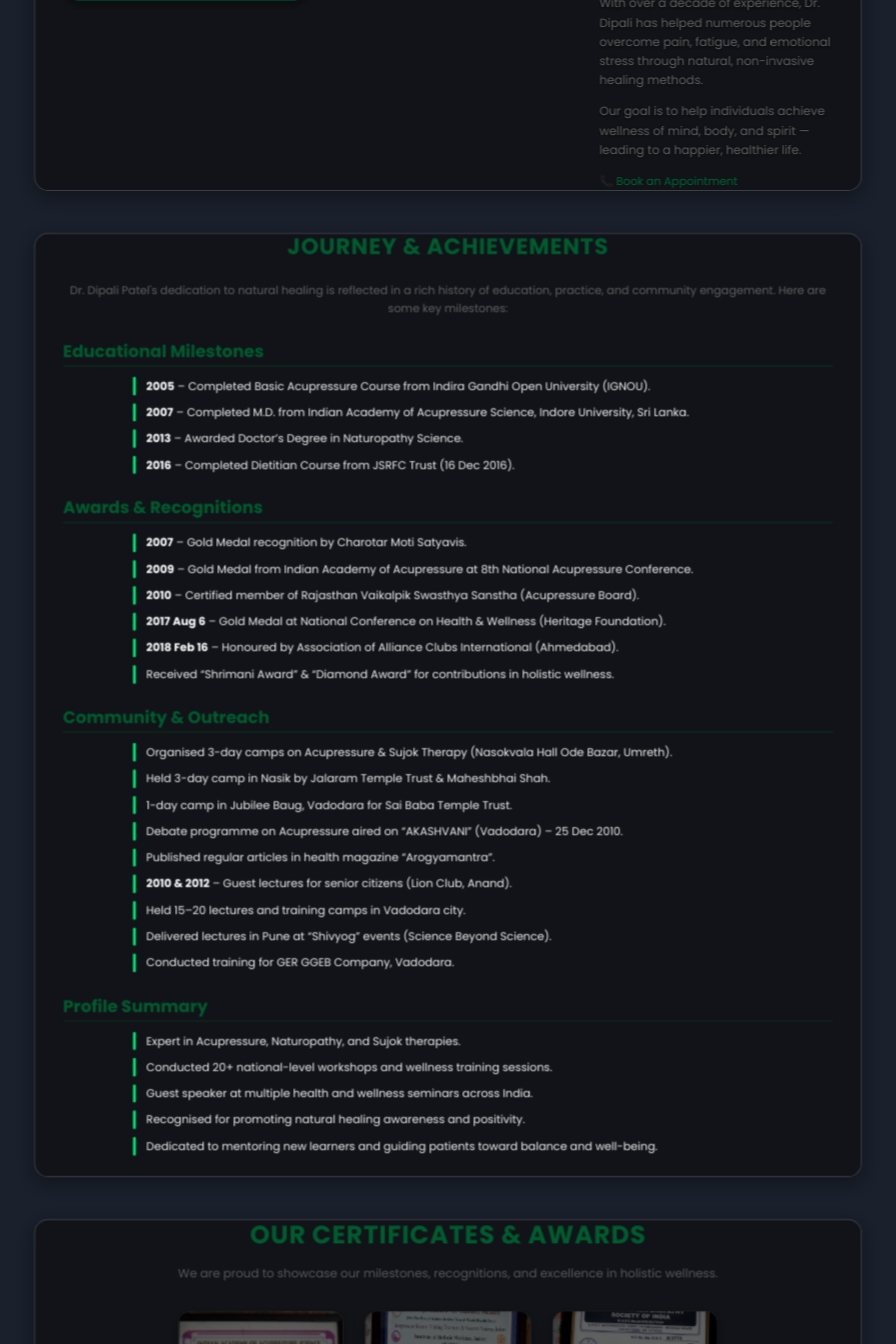
Repository: swasthiik/my-websites
Page: about.html
An editor plug-in stored every save of this project. The page is shown before and after the next save, followed by the edit.
The browser window is 1280 px wide. The pictures show the part of the page from y = 581 to 2501 px (the page is 4656 px tall before and 4695 px after), at 70% of full size.

Above is the page before, as saved 2025-10-31 11:48:28.

### about.html
<!DOCTYPE html>
<html lang="en">
<head>
  <meta charset="utf-8" />
  <meta name="viewport" content="width=device-width,initial-scale=1" />
  <meta name="description" content="Learn about Harpal Acupressure, Dr. Dipali Premalkumar Patel's journey, achievements, and dedication to holistic healing." />
  <title>About Us — Harpal Acupressure</title>

  <!-- Google Font -->
  <link href="https://fonts.googleapis.com/css2?family=Poppins:wght@300;400;600;700&display=swap" rel="stylesheet">

  <!-- Favicon -->
  <link rel="icon" href="images/logo.jpg">

  <!-- Font Awesome for Icons (for contact page, good to have globally if used) -->
  <link rel="stylesheet" href="https://cdnjs.cloudflare.com/ajax/libs/font-awesome/6.0.0-beta3/css/all.min.css">


  <!-- CSS - Always load global styles first, then page-specific overrides -->
  <link rel="stylesheet" href="style.css">
  <link rel="stylesheet" href="about.css">
  <!-- If you had a contact.css specific to contact page, it would load here -->
</head>

<body>
  <!-- HEADER - Consistent with other pages -->
  <header>
    <div class="logo-area">
      <a href="index.html" aria-label="Harpal Acupressure Home">
        <img src="images/logo.jpg" alt="Harpal Acupressure Logo" class="logo">
        <h1 class="site-title">Harpal Acupressure</h1>
      </a>
    </div>

    <!-- Mobile Menu Button - Added for consistency across pages -->
    <button class="mobile-menu-button" id="menu-button" aria-label="Open navigation menu" aria-expanded="false">
        <div class="dot"></div>
        <div class="dot"></div>
        <div class="dot"></div>
    </button>

    <nav class="nav-menu" id="nav-menu" aria-label="Main navigation">
      <ul>
        <li><a href="index.html">Home</a></li>
        <li><a href="about.html" class="active">About</a></li> <!-- Set 'About' as active -->
        <li><a href="index.html#services">Services</a></li>
        <li><a href="feedback.html">Feedback</a></li>
        <li><a href="contact.html">Contact</a></li>
      </ul>
    </nav>
  </header>

  <!-- ===== MAIN CONTENT AREA ===== -->
  <main>
    <!-- ===== ABOUT SECTION ===== -->
    <section id="about" class="about-section content-glass-bg" aria-labelledby="about-title">
      <div class="inner">
        <h2 id="about-title"><strong>About Harpal Acupressure</strong></h2>

        <div class="about-content">
          <div class="about-images-container">
            <div class="about-img">
              <img src="images/photo1.png" alt="Portrait of Dr. Dipali Premalkumar Patel">
            </div>
            <div class="about-img">
              <img src="images/photo2.png" alt="Dr. Dipali Patel with certificate showcasing 25 Years of Excellence">
            </div>
          </div>

          <div class="about-text">
            <p>
              <strong>Harpal Acupressure</strong> is a trusted wellness center dedicated to natural healing through acupressure and holistic therapies.
              We believe that true healing begins from within when energy balance and harmony are restored.
            </p>

            <p>
              Led by <strong>Dr. Dipali Premalkumar Patel</strong>, a certified <em>Marma, Magnetic & Sujok Therapist</em>,
              our center blends traditional healing with modern wellness techniques.
            </p>

            <p>
              With over a decade of experience, Dr. Dipali has helped numerous people overcome pain, fatigue, and emotional stress
              through natural, non-invasive healing methods.
            </p>

            <p>
              Our goal is to help individuals achieve wellness of mind, body, and spirit — leading to a happier, healthier life.
            </p>

            <a href="contact.html" class="btn-primary">📞 Book an Appointment</a>
          </div>
        </div>
      </div>
    </section>

    <!-- ===== JOURNEY & ACHIEVEMENTS ===== -->
    <section id="journey" class="journey-section content-glass-bg" aria-labelledby="journey-achievements-title">
      <div class="inner">
        <h2 id="journey-achievements-title">Journey & Achievements</h2>
        <div class="content-box">
          <p>Dr. Dipali Patel's dedication to natural healing is reflected in a rich history of education, practice, and community engagement. Here are some key milestones:</p>

          <h3>Educational Milestones</h3>
          <ul>
            <li><strong>2005</strong> – Completed Basic Acupressure Course from Indira Gandhi Open University (IGNOU).</li>
            <li><strong>2007</strong> – Completed M.D. from Indian Academy of Acupressure Science, Indore University, Sri Lanka.</li>
            <li><strong>2013</strong> – Awarded Doctor’s Degree in Naturopathy Science.</li>
            <li><strong>2016</strong> – Completed Dietitian Course from JSRFC Trust (16 Dec 2016).</li>
          </ul>

          <h3>Awards & Recognitions</h3>
          <ul>
            <li><strong>2007</strong> – Gold Medal recognition by Charotar Moti Satyavis.</li>
            <li><strong>2009</strong> – Gold Medal from Indian Academy of Acupressure at 8th National Acupressure Conference.</li>
            <li><strong>2010</strong> – Certified member of Rajasthan Vaikalpik Swasthya Sanstha (Acupressure Board).</li>
            <li><strong>2017 Aug 6</strong> – Gold Medal at National Conference on Health & Wellness (Heritage Foundation).</li>
            <li><strong>2018 Feb 16</strong> – Honoured by Association of Alliance Clubs International (Ahmedabad).</li>
            <li>Received “Shrimani Award” & “Diamond Award” for contributions in holistic wellness.</li>
          </ul>

          <h3>Community & Outreach</h3>
          <ul>
            <li>Organised 3-day camps on Acupressure & Sujok Therapy (Nasokvala Hall Ode Bazar, Umreth).</li>
            <li>Held 3-day camp in Nasik by Jalaram Temple Trust & Maheshbhai Shah.</li>
            <li>1-day camp in Jubilee Baug, Vadodara for Sai Baba Temple Trust.</li>
            <li>Debate programme on Acupressure aired on “AKASHVANI” (Vadodara) – 25 Dec 2010.</li>
            <li>Published regular articles in health magazine “Arogyamantra”.</li>
            <li><strong>2010 & 2012</strong> – Guest lectures for senior citizens (Lion Club, Anand).</li>
            <li>Held 15–20 lectures and training camps in Vadodara city.</li>
            <li>Delivered lectures in Pune at “Shivyog” events (Science Beyond Science).</li>
            <li>Conducted training for GER GGEB Company, Vadodara.</li>
          </ul>

          <h3>Profile Summary</h3>
          <ul>
            <li>Expert in Acupressure, Naturopathy, and Sujok therapies.</li>
            <li>Conducted 20+ national-level workshops and wellness training sessions.</li>
            <li>Guest speaker at multiple health and wellness seminars across India.</li>
            <li>Recognised for promoting natural healing awareness and positivity.</li>
            <li>Dedicated to mentoring new learners and guiding patients toward balance and well-being.</li>
          </ul>
        </div>
      </div>
    </section>

    <!-- ===== CERTIFICATES & AWARDS SECTION ===== -->
    <section id="achievements" class="achievements-section content-glass-bg" aria-labelledby="certificates-awards-title">
      <div class="inner">
        <h2 id="certificates-awards-title">Our Certificates & Awards</h2>
        <p>We are proud to showcase our milestones, recognitions, and excellence in holistic wellness.</p>

        <div class="trophy-grid">
          <div class="trophy-card"><img src="images/crt1.jpg" alt="Certificate of Achievement for Harpal Acupressure 1"></div>
          <div class="trophy-card"><img src="images/crt2.jpg" alt="Certificate of Achievement for Harpal Acupressure 2"></div>
          <div class="trophy-card"><img src="images/crt3.jpg" alt="Certificate of Achievement for Harpal Acupressure 3"></div>
          <div class="trophy-card"><img src="images/crt4.jpg" alt="Certificate of Achievement for Harpal Acupressure 4"></div>
          <div class="trophy-card"><img src="images/crt5.jpg" alt="Certificate of Achievement for Harpal Acupressure 5"></div>
          <div class="trophy-card"><img src="images/crt6.jpg" alt="Certificate of Achievement for Harpal Acupressure 6"></div>
          <div class="trophy-card"><img src="images/crt7.jpg" alt="Certificate of Achievement for Harpal Acupressure 7"></div>
          <div class="trophy-card"><img src="images/crt8.jpg" alt="Certificate of Achievement for Harpal Acupressure 8"></div>
          <div class="trophy-card"><img src="images/crt9.jpg" alt="Certificate of Achievement for Harpal Acupressure 9"></div>
          <div class="trophy-card"><img src="images/crt10.jpg" alt="Certificate of Achievement for Harpal Acupressure 10"></div>
          <div class="trophy-card"><img src="images/crt11.jpg" alt="Certificate of Achievement for Harpal Acupressure 11"></div>
          <div class="trophy-card"><img src="images/crt12.jpg" alt="Certificate of Achievement for Harpal Acupressure 12"></div>
          <div class="trophy-card"><img src="images/crt13.jpg" alt="Certificate of Achievement for Harpal Acupressure 13"></div>
          <div class="trophy-card"><img src="images/crt14.jpg" alt="Certificate of Achievement for Harpal Acupressure 14"></div>
          <div class="trophy-card"><img src="images/crt16.jpg" alt="Certificate of Achievement for Harpal Acupressure 16"></div>
          <div class="trophy-card"><img src="images/crt17.jpg" alt="Certificate of Achievement for Harpal Acupressure 17"></div>
          <div class="trophy-card"><img src="images/crt18.jpg" alt="Certificate of Achievement for Harpal Acupressure 18"></div>
          <div class="trophy-card"><img src="images/crt19.jpg" alt="Certificate of Achievement for Harpal Acupressure 19"></div>
          <div class="trophy-card"><img src="images/crt20.jpg" alt="Certificate of Achievement for Harpal Acupressure 20"></div>
          <div class="trophy-card"><img src="images/crt21.jpg" alt="Certificate of Achievement for Harpal Acupressure 21"></div>
          <div class="trophy-card"><img src="images/crt22.jpg" alt="Certificate of Achievement for Harpal Acupressure 22"></div>
          <div class="trophy-card"><img src="images/crt23.jpg" alt="Certificate of Achievement for Harpal Acupressure 23"></div>
          <div class="trophy-card"><img src="images/crt24.jpg" alt="Certificate of Achievement for Harpal Acupressure 24"></div>
          <div class="trophy-card"><img src="images/crt25.jpg" alt="Certificate of Achievement for Harpal Acupressure 25"></div>
          <div class="trophy-card"><img src="images/crt26.jpg" alt="Certificate of Achievement for Harpal Acupressure 26"></div>
          <div class="trophy-card"><img src="images/crt27.jpg" alt="Certificate of Achievement for Harpal Acupressure 27"></div>
        </div>
      </div>
    </section>
  </main>

  <!-- ===== FOOTER - Consistent with other pages ===== -->
  <footer>
    © 2025 Harpal Acupressure. All Rights Reserved.
  </footer>

  <!-- JavaScript for the Mobile Menu -->
  <script>
    const menuButton = document.getElementById('menu-button');
    const navMenu = document.getElementById('nav-menu');

    menuButton.addEventListener('click', () => {
      const isExpanded = menuButton.getAttribute('aria-expanded') === 'true';
      menuButton.setAttribute('aria-expanded', !isExpanded);
      navMenu.classList.toggle('active');
    });

    // Optional: Close menu when a link is clicked
    document.querySelectorAll('#nav-menu a').forEach(item => {
        item.addEventListener('click', () => {
            navMenu.classList.remove('active');
            menuButton.setAttribute('aria-expanded', 'false');
        });
    });

    // Optional: Close menu if user clicks outside of it
    document.addEventListener('click', (event) => {
        if (!navMenu.contains(event.target) && !menuButton.contains(event.target) && navMenu.classList.contains('active')) {
            navMenu.classList.remove('active');
            menuButton.setAttribute('aria-expanded', 'false');
        }
    });
  </script>
</body>
</html>

Loaded but not shown: main.js (53 lines, source omitted); style.css (695 lines, source omitted); about.css (516 lines, source omitted)

After the next save:
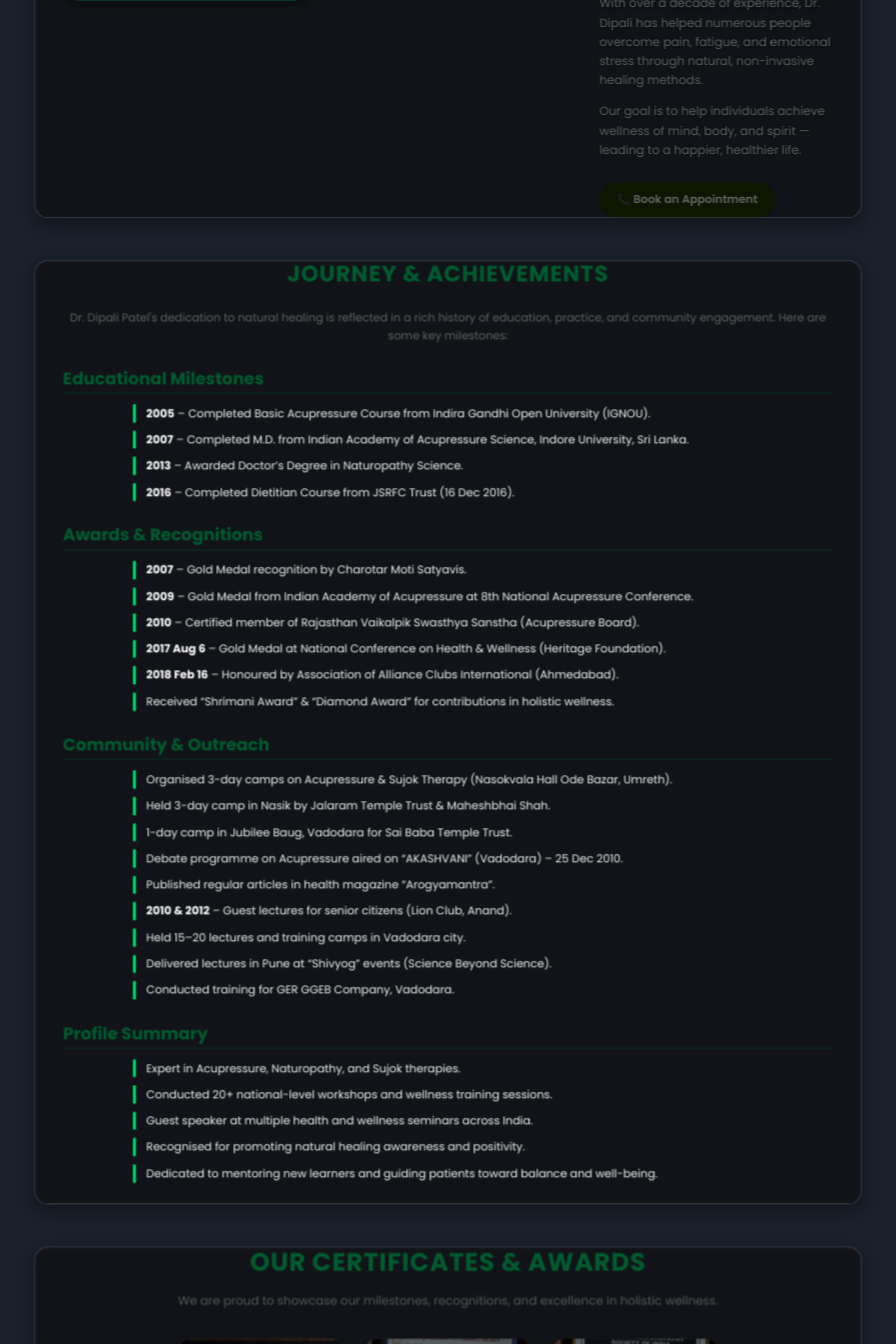
Saved 19 min 50 s later.
--- a/about.html
+++ b/about.html
@@ -22,7 +22,7 @@
   <!-- If you had a contact.css specific to contact page, it would load here -->
 </head>
 
-<body>
+<body class="about-page"> <!-- Added a class for page-specific body styling if needed -->
   <!-- HEADER - Consistent with other pages -->
   <header>
     <div class="logo-area">
@@ -39,7 +39,8 @@
         <div class="dot"></div>
     </button>
 
-    <nav class="nav-menu" id="nav-menu" aria-label="Main navigation">
+    <!-- Initial state for mobile menu: hidden for CSS. JS will change aria-hidden="false" when opened. -->
+    <nav class="nav-menu" id="nav-menu" aria-label="Main navigation" aria-hidden="true">
       <ul>
         <li><a href="index.html">Home</a></li>
         <li><a href="about.html" class="active">About</a></li> <!-- Set 'About' as active -->
@@ -87,7 +88,7 @@
               Our goal is to help individuals achieve wellness of mind, body, and spirit — leading to a happier, healthier life.
             </p>
 
-            <a href="contact.html" class="btn-primary">📞 Book an Appointment</a>
+            <a href="contact.html" class="btn">📞 Book an Appointment</a> <!-- Changed class to 'btn' for consistency -->
           </div>
         </div>
       </div>
@@ -183,35 +184,11 @@
 
   <!-- ===== FOOTER - Consistent with other pages ===== -->
   <footer>
-    © 2025 Harpal Acupressure. All Rights Reserved.
+    &copy; <span id="current-year"></span> Harpal Acupressure. All Rights Reserved. <!-- Reverted to dynamic year -->
   </footer>
 
-  <!-- JavaScript for the Mobile Menu -->
-  <script>
-    const menuButton = document.getElementById('menu-button');
-    const navMenu = document.getElementById('nav-menu');
-
-    menuButton.addEventListener('click', () => {
-      const isExpanded = menuButton.getAttribute('aria-expanded') === 'true';
-      menuButton.setAttribute('aria-expanded', !isExpanded);
-      navMenu.classList.toggle('active');
-    });
-
-    // Optional: Close menu when a link is clicked
-    document.querySelectorAll('#nav-menu a').forEach(item => {
-        item.addEventListener('click', () => {
-            navMenu.classList.remove('active');
-            menuButton.setAttribute('aria-expanded', 'false');
-        });
-    });
-
-    // Optional: Close menu if user clicks outside of it
-    document.addEventListener('click', (event) => {
-        if (!navMenu.contains(event.target) && !menuButton.contains(event.target) && navMenu.classList.contains('active')) {
-            navMenu.classList.remove('active');
-            menuButton.setAttribute('aria-expanded', 'false');
-        }
-    });
-  </script>
+  <!-- JavaScript for the Mobile Menu and Dynamic Year -->
+  <!-- This script should be consistent across all pages and come from main.js -->
+  <script src="main.js"></script>
 </body>
 </html>
